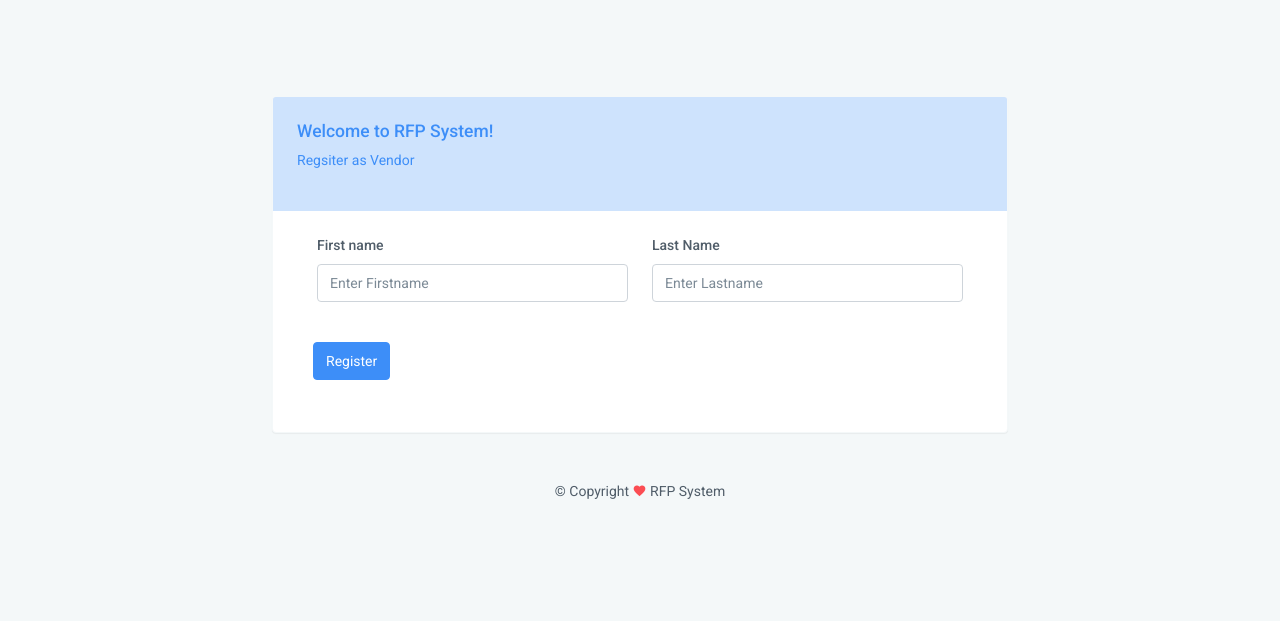
Repository: saurabhgithb/RFP-System
Page: register.html
An editor plug-in stored every save of this project. The page is shown before and after the next save, followed by the edit.
The browser window is 1280 px wide. The pictures show the whole page.

Above is the page before, as saved 2023-01-04 17:31:08.

After the next save:
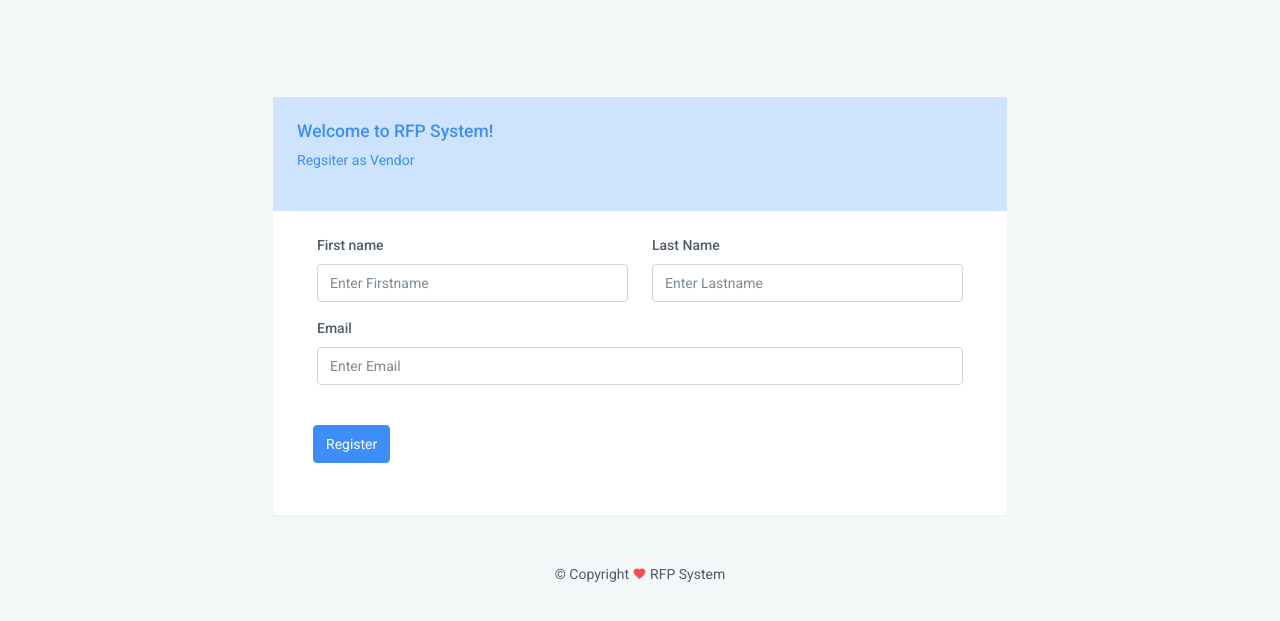
Saved 6 min 37 s later.
--- a/register.html
+++ b/register.html
@@ -56,7 +56,12 @@
                                                     <input type="text" class="form-control" id="lastname" placeholder="Enter Lastname">
                                                 </div>
                                             </div>
-
+                                            <div class="col-md-12">
+                                                <div class="form-group">
+                                                    <label for="emailname">Email</label>
+                                                    <input type="text" class="form-control" id="email" placeholder="Enter Email">
+                                                </div>
+                                            </div>
 
 
                                             <div class="p-2 mt-3">
